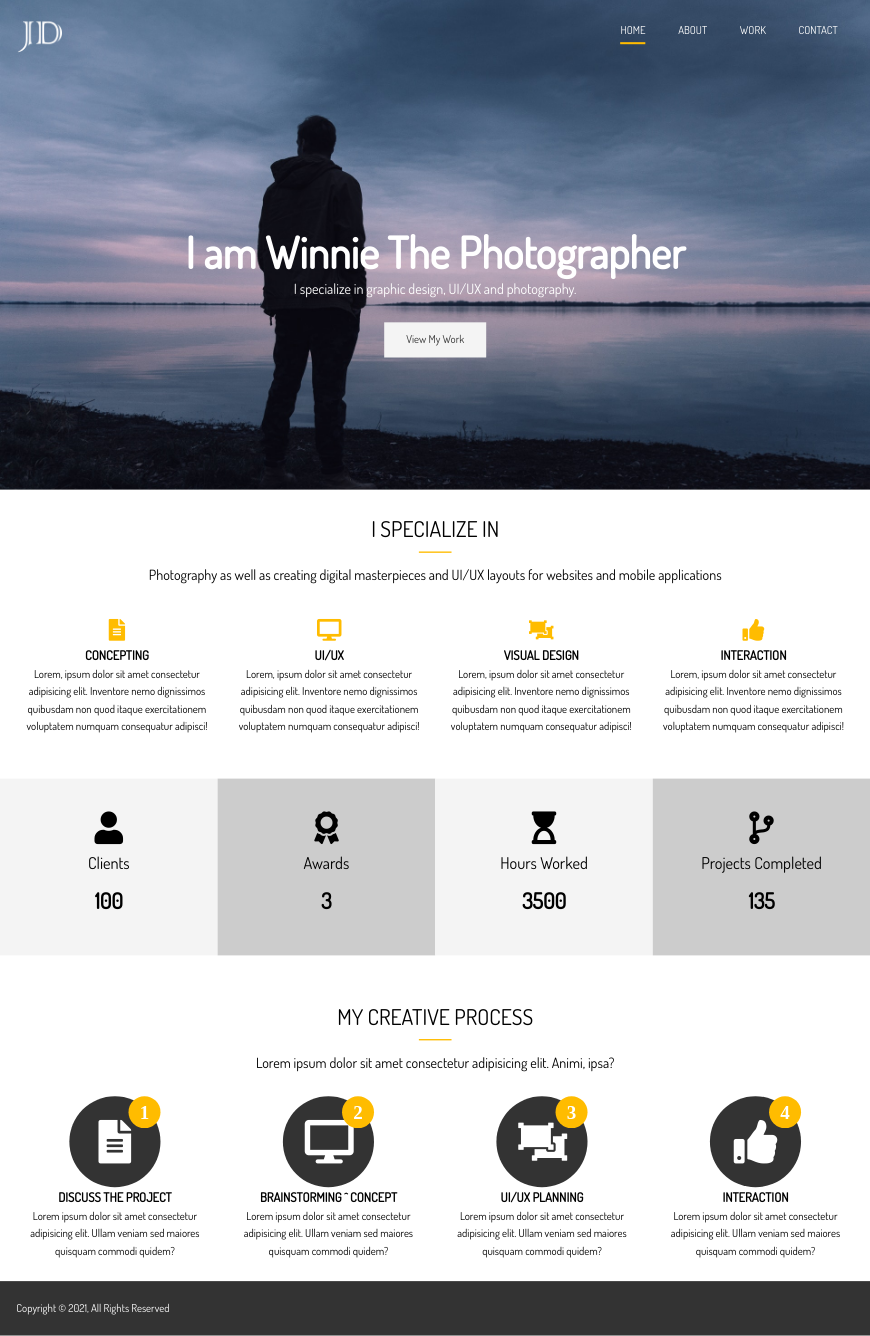
Repository: minhtien9/Portfolio_Website
Page: diet/index.html
The author's editor kept a copy of each file at every save. The page is drawn from the files as they stood at one save, then again after the next save.
The browser window is 1280 px wide. The pictures show the whole page, at 68% of full size.

Above is the page before, as saved 2021-08-28 22:55:36.

After the next save:
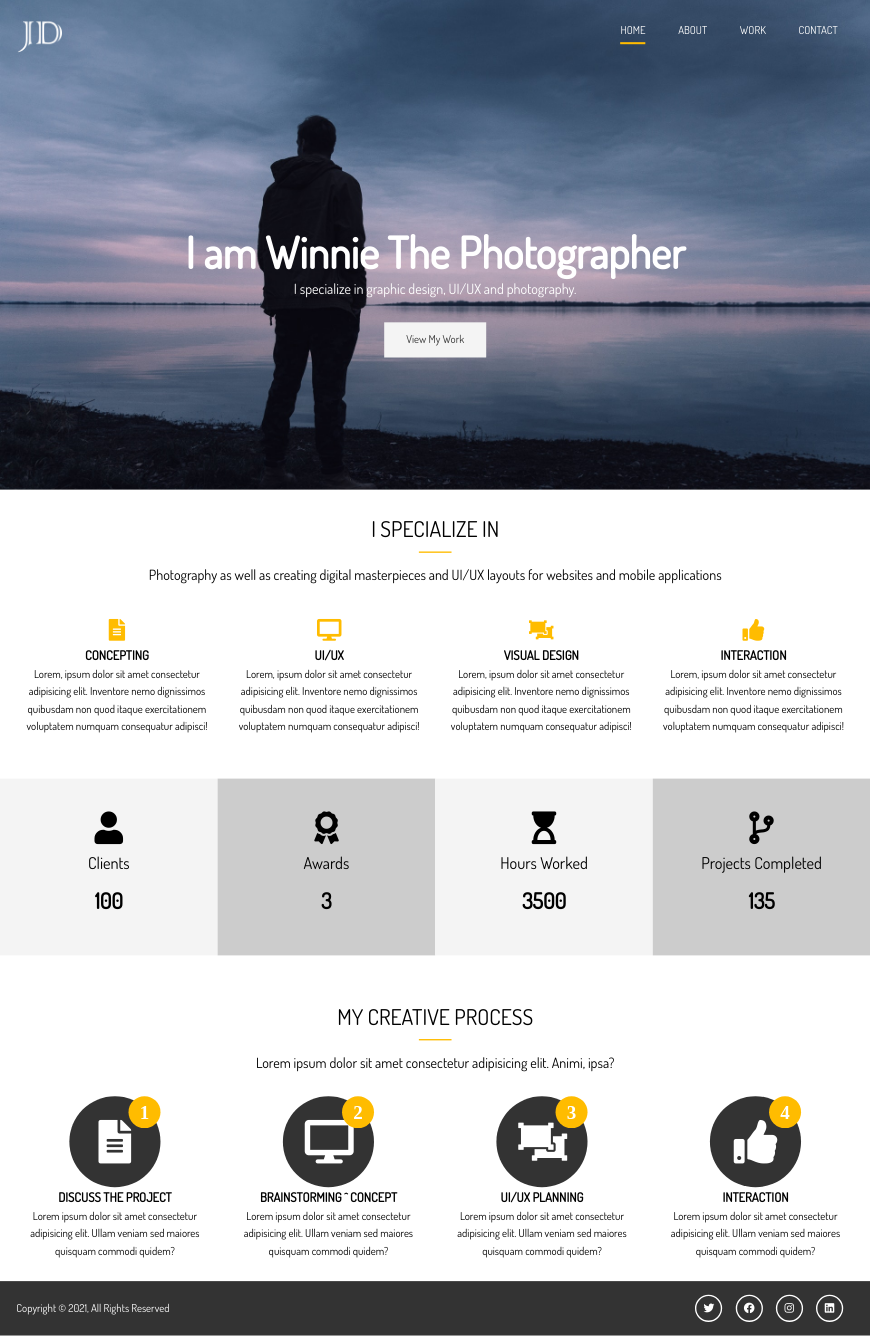
Saved 42 s later.
--- a/diet/index.html
+++ b/diet/index.html
@@ -188,6 +188,12 @@
     <footer id="main-footer">
       <div class="footer-content container">
         <p>Copyright &copy; 2021, All Rights Reserved</p>
+        <div class="social">
+          <i class="fab fa-twitter"></i>
+          <i class="fab fa-facebook"></i>
+          <i class="fab fa-instagram"></i>
+          <i class="fab fa-linkedin"></i>
+        </div>
       </div>
     </footer>
 
